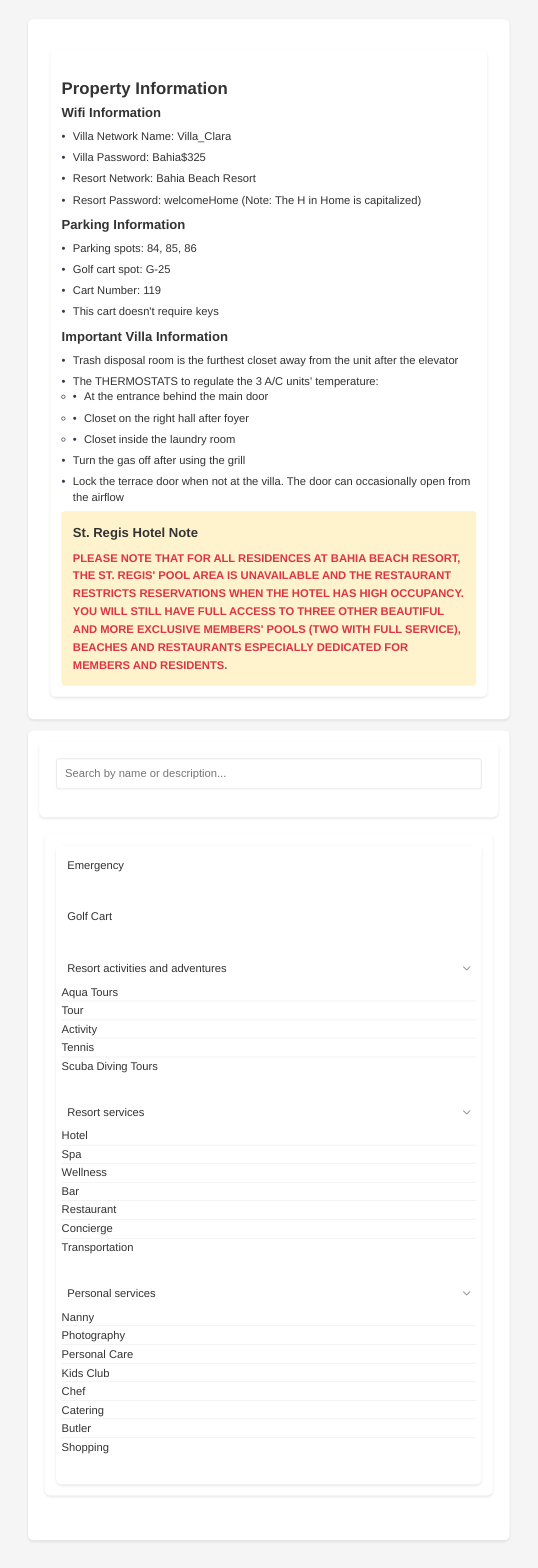
Repository: chvg1968/luxephonebook
Page: public/pages/villaclara.html
An editor plug-in stored every save of this project. The page is shown before and after the next save, followed by the edit.
The browser window is 768 px wide. The pictures show the part of the page from y = 689 to 2929 px (the page is 2929 px tall before and 2280 px after), at 70% of full size.

Above is the page before, as saved 2025-01-23 23:55:30.
Console error: TypeError: this.updateResults is not a function

After the next save:
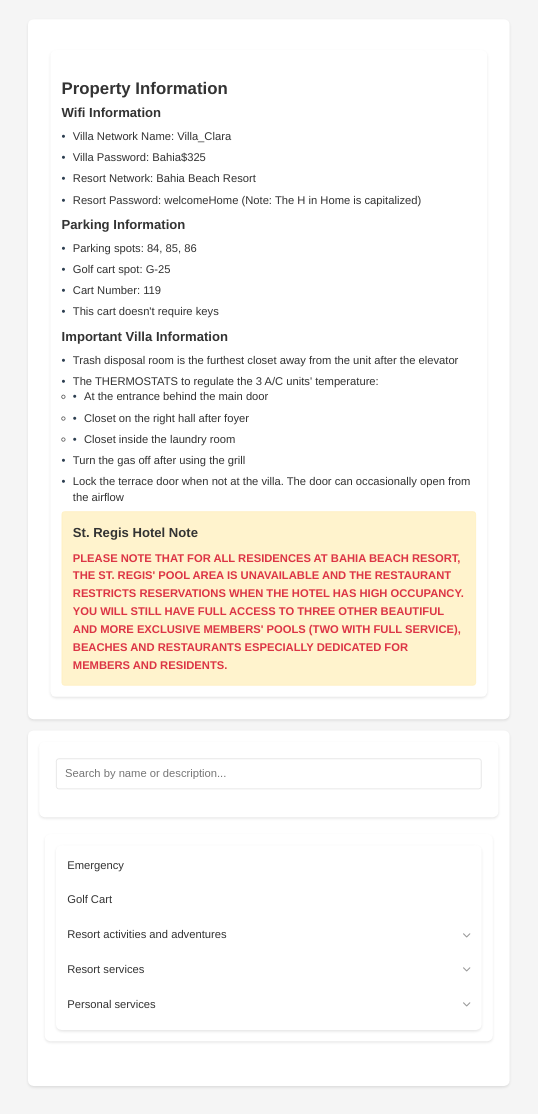
Saved 3 min 35 s later.
--- a/public/assets/styles/components/category-tree.css
+++ b/public/assets/styles/components/category-tree.css
@@ -9,13 +9,8 @@
     padding: 1rem;
 }
 
-.category-item {
-    border-bottom: 1px solid #eee;
-    position: relative;
-}
-
-.category-item:last-child {
-    border-bottom: none;
+.category-section {
+    margin-bottom: 0.5rem;
 }
 
 .category-header {
@@ -24,20 +19,14 @@
     padding: 0.75rem 1rem;
     cursor: pointer;
     transition: all 0.3s ease;
-    gap: 0.75rem;
     position: relative;
     background: #fff;
     z-index: 2;
+    justify-content: space-between;
 }
 
 .category-header:hover {
     background-color: #f8f9fa;
-}
-
-.category-header i:first-child {
-    width: 20px;
-    text-align: center;
-    color: #666;
 }
 
 .category-header span {
@@ -46,85 +35,47 @@
     color: #333;
 }
 
-.category-header .fa-chevron-down {
+.category-header i {
     font-size: 0.75rem;
     color: #999;
     transition: transform 0.3s ease;
 }
 
-.category-header .fa-chevron-down.rotated {
-    transform: rotate(180deg);
-}
-
-.subcategories {
+.category-list {
     max-height: 0;
     overflow: hidden;
     transition: max-height 0.3s ease-out;
     background: #f8f9fa;
 }
 
-.subcategories.expanded {
-    max-height: 500px; /* Ajustar según sea necesario */
+.category-list.collapsed {
+    max-height: 0;
 }
 
-.subcategory-item {
-    display: flex;
-    align-items: center;
-    padding: 0.5rem 1rem 0.5rem 2.5rem;
+.category-list:not(.collapsed) {
+    max-height: 500px;
+}
+
+.category-item {
+    padding: 0.5rem 1rem 0.5rem 2rem;
     cursor: pointer;
-    gap: 0.75rem;
     transition: background-color 0.2s ease;
 }
 
-.subcategory-item:hover {
+.category-item:hover {
     background-color: #edf2f7;
-}
-
-.subcategory-item i {
-    width: 20px;
-    text-align: center;
-    color: #666;
-}
-
-.subcategory-item span {
-    flex: 1;
-    color: #4a5568;
 }
 
 /* Estilos para elementos seleccionados */
 .category-header.selected,
-.subcategory-item.selected {
+.category-item.selected {
     background-color: #e2e8f0;
     font-weight: 600;
 }
 
-.category-header.selected i,
-.subcategory-item.selected i {
-    color: #2b6cb0;
-}
-
-/* Animaciones */
-.category-header,
-.subcategory-item {
-    position: relative;
-    overflow: hidden;
-}
-
-.category-header::after,
-.subcategory-item::after {
-    content: '';
-    position: absolute;
-    left: 0;
-    top: 0;
-    height: 100%;
-    width: 0;
-    background: rgba(66, 153, 225, 0.1);
-    transition: width 0.3s ease;
-}
-
-.category-header:hover::after,
-.subcategory-item:hover::after {
-    width: 100%;
+/* Rotación del icono cuando está expandido */
+.category-header i.fa-chevron-up {
+    transform: rotate(180deg);
 }
 
 /* Responsividad */
@@ -135,11 +86,11 @@
     }
 
     .category-header,
-    .subcategory-item {
+    .category-item {
         padding: 0.5rem;
     }
 
-    .subcategory-item {
+    .category-item {
         padding-left: 2rem;
     }
 }
